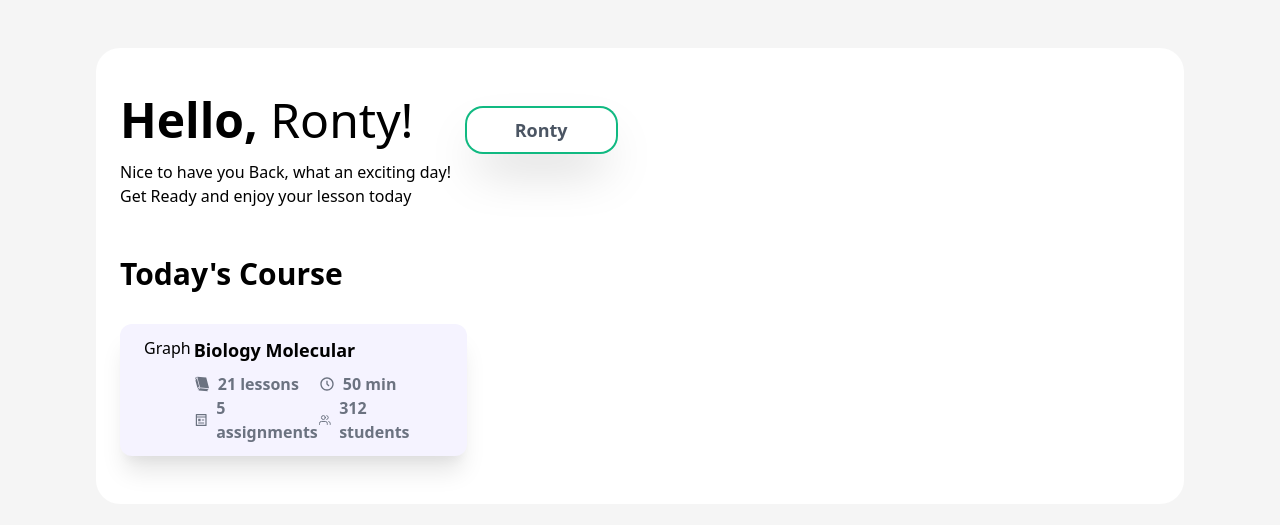
Repository: coolronts/Vite-Tailwind
Page: /
An editor plug-in stored every save of this project. The page is shown before and after the next save, followed by the edit.
The browser window is 1280 px wide. The pictures show the whole page.
The project was rebuilt for these pictures with package versions that can differ from the ones it lists, and the page was loaded fresh each time. Also part of the build but not shown: vite.config.js.

Above is the page before, as saved 2021-11-26 07:45:49.

### src/App.jsx
import './App.css'

import {Course, Intro} from './Section'
import { PrimaryButton, SecondaryButton } from './components/Button'

import {PrimaryCard} from './components/Card'
import SplitScreen from './components/SplitScreen'
import { useState } from 'react'

function App() {

  return (
    <div className="App bg-white my-12 mx-24 rounded-3xl px-6 py-12">
      <SplitScreen leftWeight = 'w-1/3'>
        <div id="left">
          <Intro/>
          <div id="course">
            <p className="text-3xl font-bold  font-sans mb-8">Today's Course</p>
            <PrimaryCard>
              <Course/>
            </PrimaryCard>
          </div>

        </div>

        <div id="right">
          <SecondaryButton name="Ronty"/>
        </div>


      </SplitScreen>
    </div>
  )
}

export default App

### src/Section/index.js
import Course from "./Course";
import Intro from "./Intro";

export { Intro, Course };

### src/components/Button/index.jsx
import React from 'react'

export const PrimaryButton = ({name}) =>{
  return (
    <button className="bg-green-500 px-12 py-2 ring-2 ring-green-500 text-white text-lg font-semibold shadow-2xl rounded-2xl mt-3">
      {name}
    </button>
  )
}

export const SecondaryButton = ({name}) =>{
  return (
    <button className="bg-white px-12 py-2 ring-2 ring-green-500 text-gray-600 text-lg font-semibold shadow-2xl rounded-2xl mt-3">
      {name}
    </button>
  )
}

### src/components/Card/index.jsx
import React from 'react'

export const PrimaryCard =({children})=> {
  return (
    <div className="bg-purple-50 py-3 px-6  rounded-xl shadow-xl">
      {children}
    </div>
  )
}

### src/components/SplitScreen/index.jsx
import PropTypes from 'prop-types'
import React from "react"
import tw from "tailwind-styled-components"

const Container = tw.div`${(props) => props.weight}`;

const Pane = tw.div`${(props) => props.weight}`;

const SplitScreen = ({
	children,
	containerWeight = 'flex w-full',
  leftWeight = 'w-1/2',
	rightWeight = 'w-1/2',
}) => {
	const [left, right] = children;
	return (
		<Container className={containerWeight}>
			<Pane className={leftWeight}>
				{left}
			</Pane>
			<Pane className={rightWeight}>
				{right}
			</Pane>
		</Container>
	);
}

export default SplitScreen

SplitScreen.propTypes = {
	children: PropTypes.arrayOf(PropTypes.node).isRequired,
	containerWeight: PropTypes.string,
	leftWeight: PropTypes.string,
	rightWeight: PropTypes.string,
}

### src/Section/Course/index.jsx
import {BiTimeFive} from 'react-icons/bi'
import {FiUsers} from 'react-icons/fi'
import { GiWhiteBook } from 'react-icons/gi'
import React from 'react'
import { RiPagesLine } from 'react-icons/ri'
import SplitScreen from '../../components/SplitScreen'

export default function Course() {
  return (
    <SplitScreen leftWeight = 'w-1/5' rightWeight = 'w-full'>
      <div id="left">
        Graph
      </div>
      <div id="right">
        <h4 className="font-bold text-lg mb-2">Biology Molecular</h4>
        <div className="flex flex-col w-5/6">
          <div className="flex  text-gray-500 font-semibold ">
            <p className="flex items-center mr-5"> <GiWhiteBook className="mr-2"/>  21 lessons</p>
            <p className="flex items-center"> <BiTimeFive className="mr-2"/>  50 min</p>
          </div>
          <div className="flex justify-between text-gray-500 font-semibold text-left">
            <p className="flex items-center"> <RiPagesLine className="mr-2"/>  5 assignments</p>
            <p className="flex items-center"> <FiUsers className="mr-2"/>  312 students</p>
          </div>
        </div>
      </div>
    </SplitScreen>
  )
}

### src/Section/Intro/index.jsx
import React from 'react'

export default function Intro({name}) {
  return (
    <div className="mb-12">
      <h3 className="text-5xl font-sans font-bold mb-4">Hello, <span className="font-light">Ronty!</span> </h3>
      <div className="font-semibold tracking-wide text-gray-500">

      </div>
      <h5>Nice to have you Back, what an exciting day!</h5>
      <h5>Get Ready and enjoy your lesson today</h5>
    </div>
  )
}

Loaded but not shown: index.html (common file); src/main.jsx (common file); src/index.css (common file); src/App.css (common file); tailwind.config.js (common file)

After the next save:
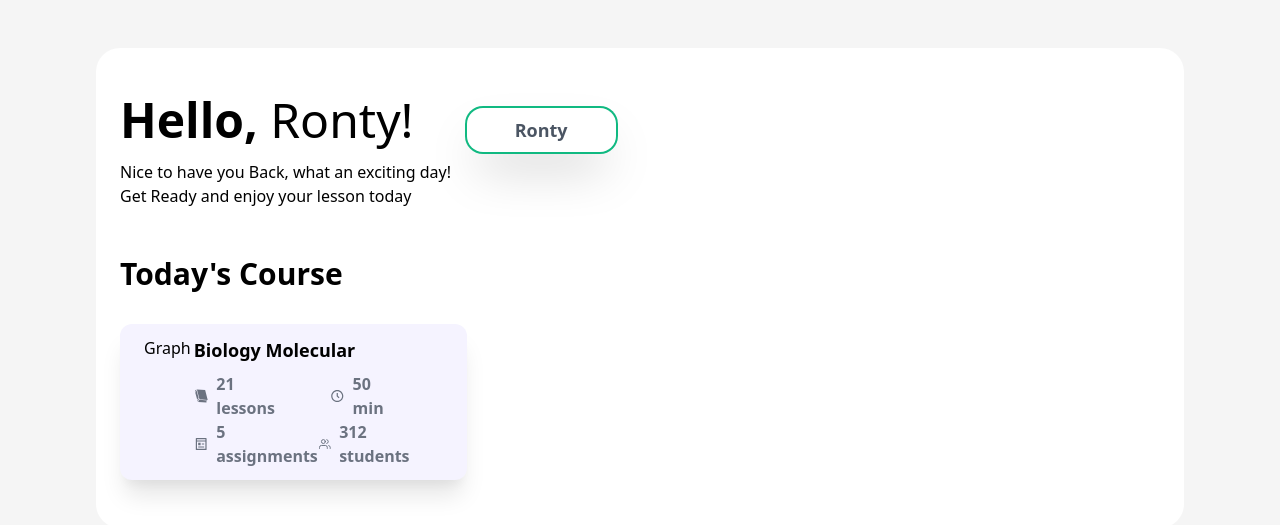
Saved 5 s later.
--- a/src/Section/Course/index.jsx
+++ b/src/Section/Course/index.jsx
@@ -15,7 +15,7 @@ export default function Course() {
         <h4 className="font-bold text-lg mb-2">Biology Molecular</h4>
         <div className="flex flex-col w-5/6">
           <div className="flex  text-gray-500 font-semibold ">
-            <p className="flex items-center mr-5"> <GiWhiteBook className="mr-2"/>  21 lessons</p>
+            <p className="flex items-center mr-10"> <GiWhiteBook className="mr-2"/>  21 lessons</p>
             <p className="flex items-center"> <BiTimeFive className="mr-2"/>  50 min</p>
           </div>
           <div className="flex justify-between text-gray-500 font-semibold text-left">
